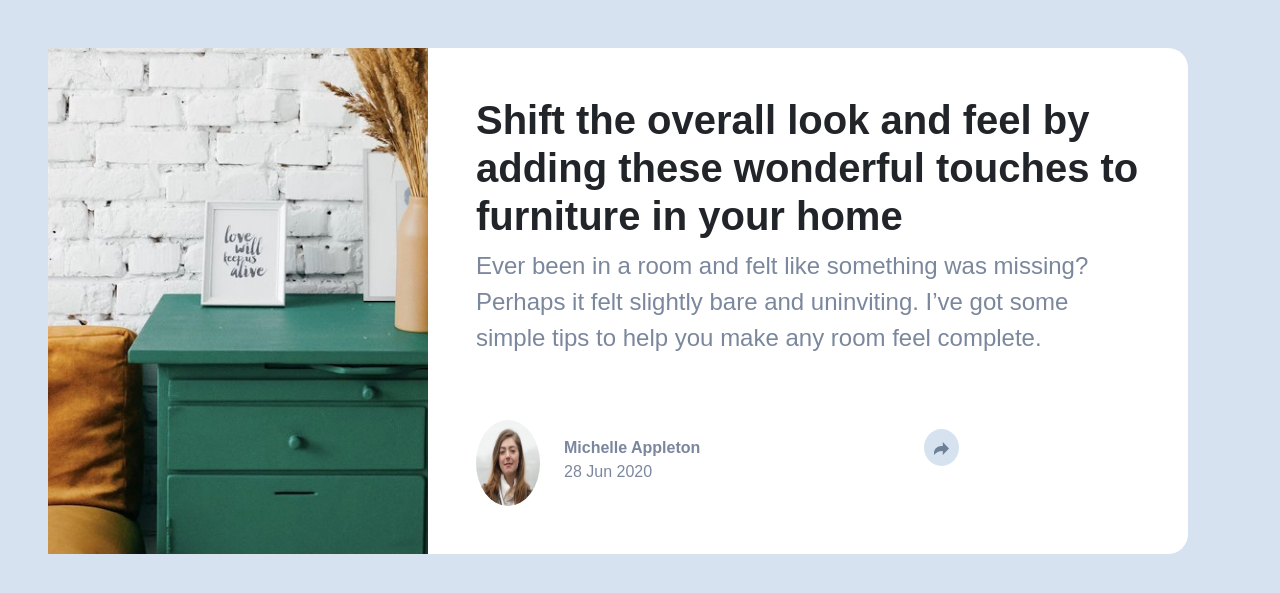
Repository: blordeus/article-preview-component
Page: index.html
An editor plug-in stored every save of this project. The page is shown before and after the next save, followed by the edit.
The browser window is 1280 px wide. The pictures show the whole page.

Above is the page before, as saved 2024-05-18 08:49:04.

### index.html
<!DOCTYPE html>
<html lang="en">
<head>
  <meta charset="UTF-8">
  <meta name="viewport" content="width=device-width, initial-scale=1.0"> <!-- displays site properly based on user's device -->

  <link rel="icon" type="image/png" sizes="32x32" href="./images/favicon-32x32.png">
  <link href="https://cdn.jsdelivr.net/npm/bootstrap@5.3.3/dist/css/bootstrap.min.css" rel="stylesheet" integrity="sha384-QWTKZyjpPEjISv5WaRU9OFeRpok6YctnYmDr5pNlyT2bRjXh0JMhjY6hW+ALEwIH" crossorigin="anonymous">
  <script src="https://cdn.jsdelivr.net/npm/bootstrap@5.3.3/dist/js/bootstrap.bundle.min.js" integrity="sha384-YvpcrYf0tY3lHB60NNkmXc5s9fDVZLESaAA55NDzOxhy9GkcIdslK1eN7N6jIeHz" crossorigin="anonymous" defer></script>
  <script src="./socials.js" defer></script>
  <link rel="stylesheet" href="style.css">
  <title>Frontend Mentor | Article preview component</title>

</head>
<body class="container m-5">

  <main class="bg-color row">

    <section id="section-1" class="col-4">
    </section>

    <section class="col my-auto p-5">
      <h1 class="text-color fw-bold fs-1">Shift the overall look and feel by adding these wonderful touches to furniture in your home</h1>

      <p class="fs-4">
        Ever been in a room and felt like something was missing? Perhaps
        it felt slightly bare and uninviting. I’ve got some simple tips
        to help you make any room feel complete.
      </p>
      <div class="row pt-5">
        <div class="col d-flex">
          <img id="avatar" src="./images/avatar-michelle.jpg" alt="michelle">
            <div class="ms-4 vstack my-auto mt-3">
              <p class="fw-bold font-black fs-6">Michelle Appleton <br> <span class="fw-normal">28 Jun 2020</span></p>
            </div>
          </div>
          <div class="col my-auto d-flex">
              <div id="popup-desktop" class="d-flex gap-4 align-items-center popup">
                <p  class="popup-text mt-3">S H A R E</p>
                  <img id="facebook" src="./images/icon-facebook.svg" alt="facebook">
                  <img id="twitter" src="./images/icon-twitter.svg" alt="twitter">
                  <img id="pinterest" src="./images/icon-pinterest.svg" alt="pinterest">
              </div>
            <a class="mt-3" id="share-desktop" href="#"><span class="share-background"><img src="./images/icon-share.svg" alt="share"></span></a>
          </div>
        </div>
      </div>
    </section>

  </main>
  <div class="attribution d-none">
    Challenge by <a href="https://www.frontendmentor.io?ref=challenge" target="_blank">Frontend Mentor</a>.
    Coded by <a href="#">Bryan Lordeus</a>.
  </div>
</body>
</html>

### style.css
/* root */
:root {
    --white: hsl(0, 0%, 100%);
    --light-gray: hsl(212, 45%, 89%);
    --grayish-blue: hsl(220, 15%, 55%);
    --dark-blue: hsl(218, 44%, 22%);
}

/* import Manrope font */
@import url('https://fonts.googleapis.com/css2?family=Manrope:wght@500;700&display=swap');

* {
    font-family: 'Manrope', sans-serif;
    font-weight: 500;
    margin: 0;
    padding: 0;
    box-sizing: border-box;
}


body {
    background-color: var(--light-gray);
}

main {
    background-color: var(--white);
    border-radius: 20px;

}

p {
    font-size: 13px;
    color: var(--grayish-blue);
}

#section-1 {
    background-image: url(./images/drawers.jpg);
    background-repeat: no-repeat;
    background-size: cover;
}

#avatar {
    /* make round */
    border-radius: 50%;
    /* make image smaller */
    width: 20%;
}

#share {
    width: 7%;
    position: static;
    margin-bottom: 2%;
}

.share-background {
    /* add light gray circle as background to icon */
    background-color: var(--light-gray);
    border-radius: 50%;
    padding: 10px;
    /* center icon */
    margin-left: 15px;
    margin-right: 15px;
    z-index: -2;
}

#popup {
    background-color: var(--dark-blue);
    border-radius: 20px;
    padding: 5px 40px;
    position: absolute;
    top: 50%;
    left: 50%;
    transform: translate(30%, -100%);
    z-index: 1;
    margin-top: 15px;
    margin-bottom: 15px;
}

#popup-desktop {
}

hidden {
    display: none;
}

.popup-active {
    display: block;
}

.popup-text {
    color: var(--white);
    font-size: 20px;
}

### socials.js
const popUp = document.querySelector('.popup')

popUp.className = 'hidden'

popUp.classList.add('active')

popUp.addEventListener('click', togglePopUp)


function showPopUp() {
    popUp.classList.remove('hidden')
}

function hidePopUp() {
    popUp.classList.add('hidden')
}

function togglePopUp() {
    popUp.classList.toggle('hidden')
}

After the next save:
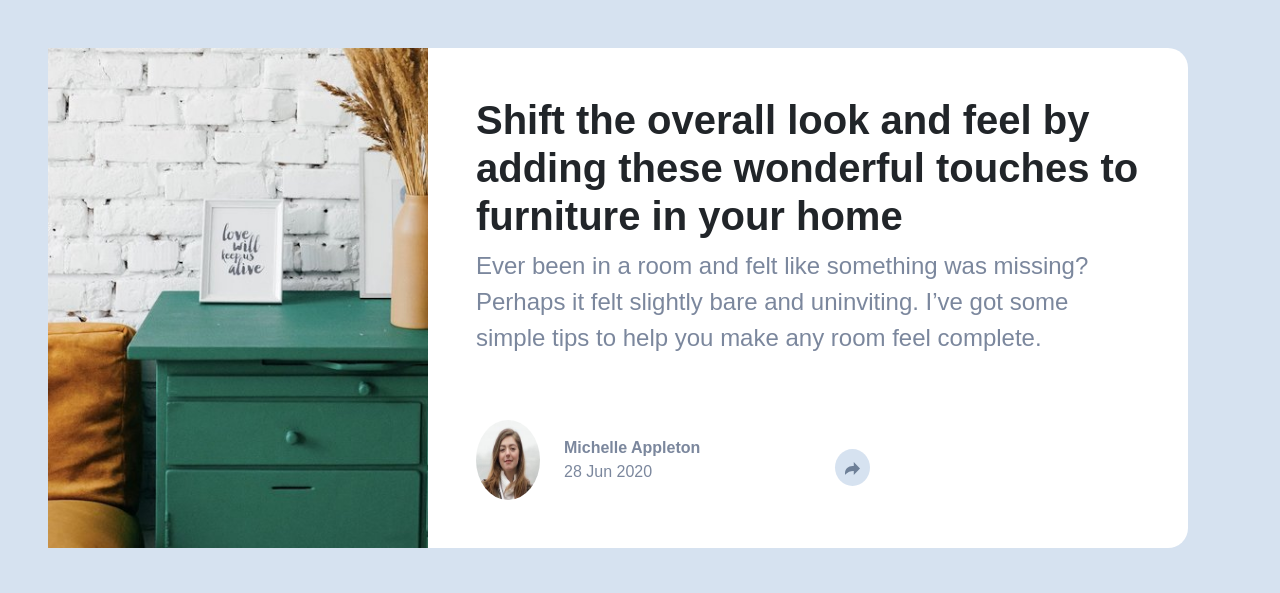
Saved 5 s later.
--- a/style.css
+++ b/style.css
@@ -79,7 +79,7 @@ p {
 #popup-desktop {
 }
 
-hidden {
+.hidden {
     display: none;
 }
 

After the save that followed:
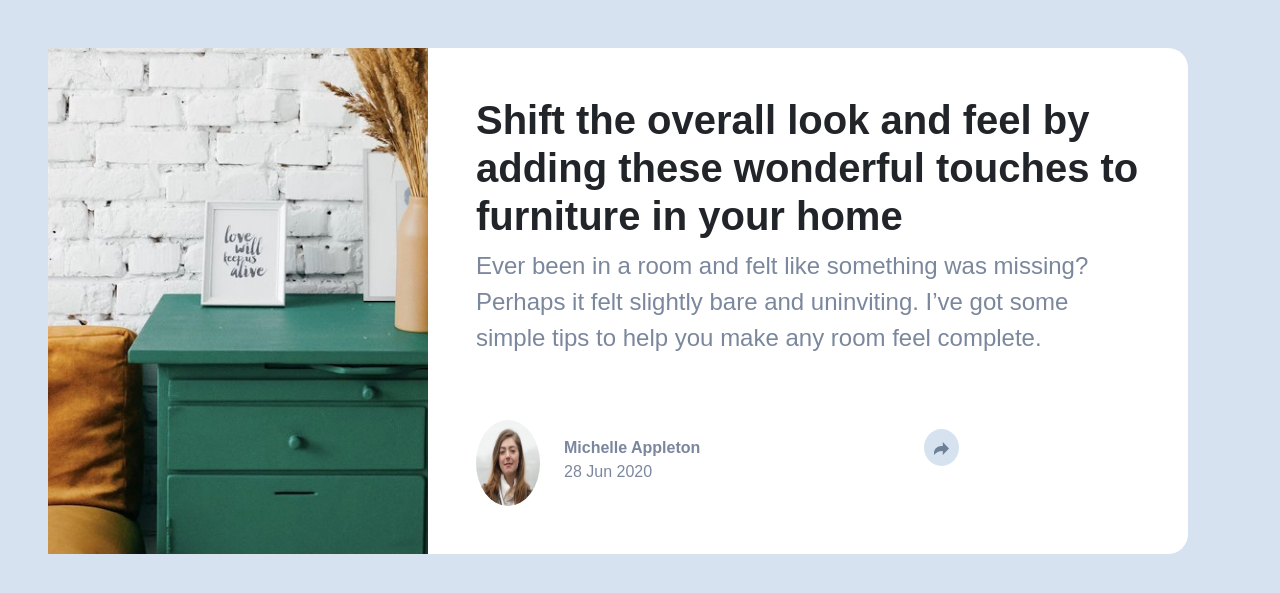
Saved 4 s later.
--- a/style.css
+++ b/style.css
@@ -83,7 +83,7 @@ hidden {
     display: none;
 }
 
-.popup-active {
+.active {
     display: block;
 }
 
